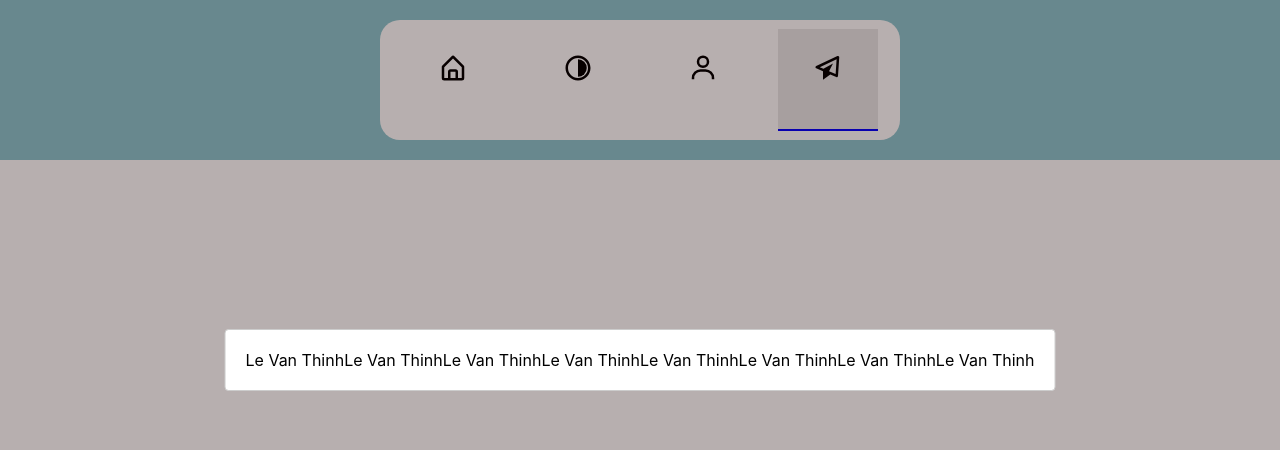
Repository: lethinh2003/pokemon_reactjs
Page: /contact
An editor plug-in stored every save of this project. The page is shown before and after the next save, followed by the edit.
The browser window is 1280 px wide. The pictures show the whole page.
The project was rebuilt for these pictures with package versions that can differ from the ones it lists, and the page was loaded fresh each time. A package was used in the major version that the imports need, not the one package.json lists. Also part of the build but not shown: src/App.css, src/custom/useFetch.js, src/styles/loading.scss, src/styles/pokemonDetail.scss, src/view/PokemonDetail.jsx, src/view/Pokemon.jsx.

Above is the page before, as saved 2021-11-28 13:45:48.

After the next save:
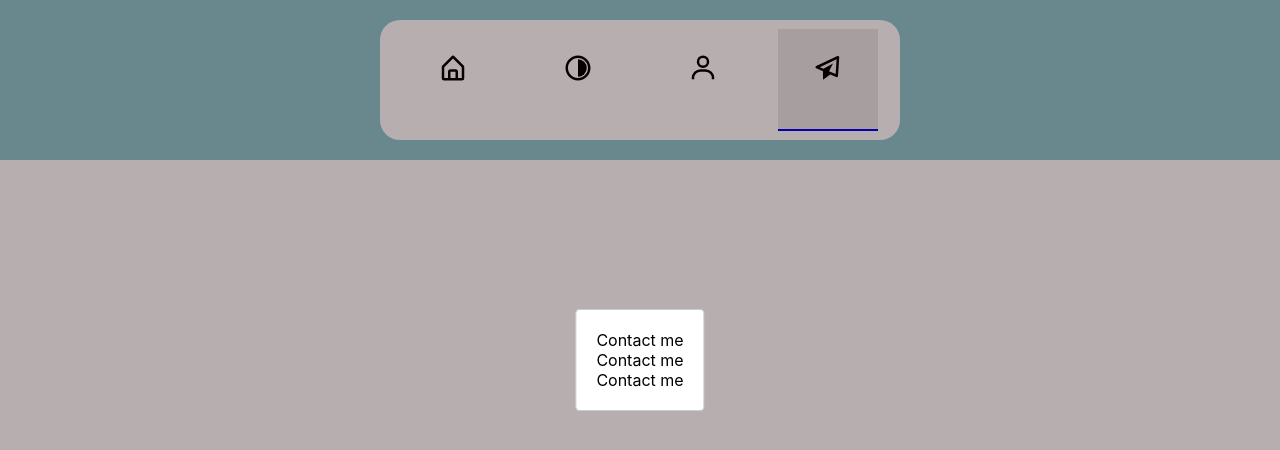
Saved 67 s later.
--- a/src/view/Contact.jsx
+++ b/src/view/Contact.jsx
@@ -11,7 +11,10 @@ const Contact = () => {
       <>
     <div className="modal-container">
         <div className="modal-body">
-        Le Van ThinhLe Van ThinhLe Van ThinhLe Van ThinhLe Van ThinhLe Van ThinhLe Van ThinhLe Van Thinh
+            <div className="modal-header">Contact me</div>
+            <div className="modal-content">Contact me</div>
+            <div className="modal-footer">Contact me</div>
+
 
 
         </div>
